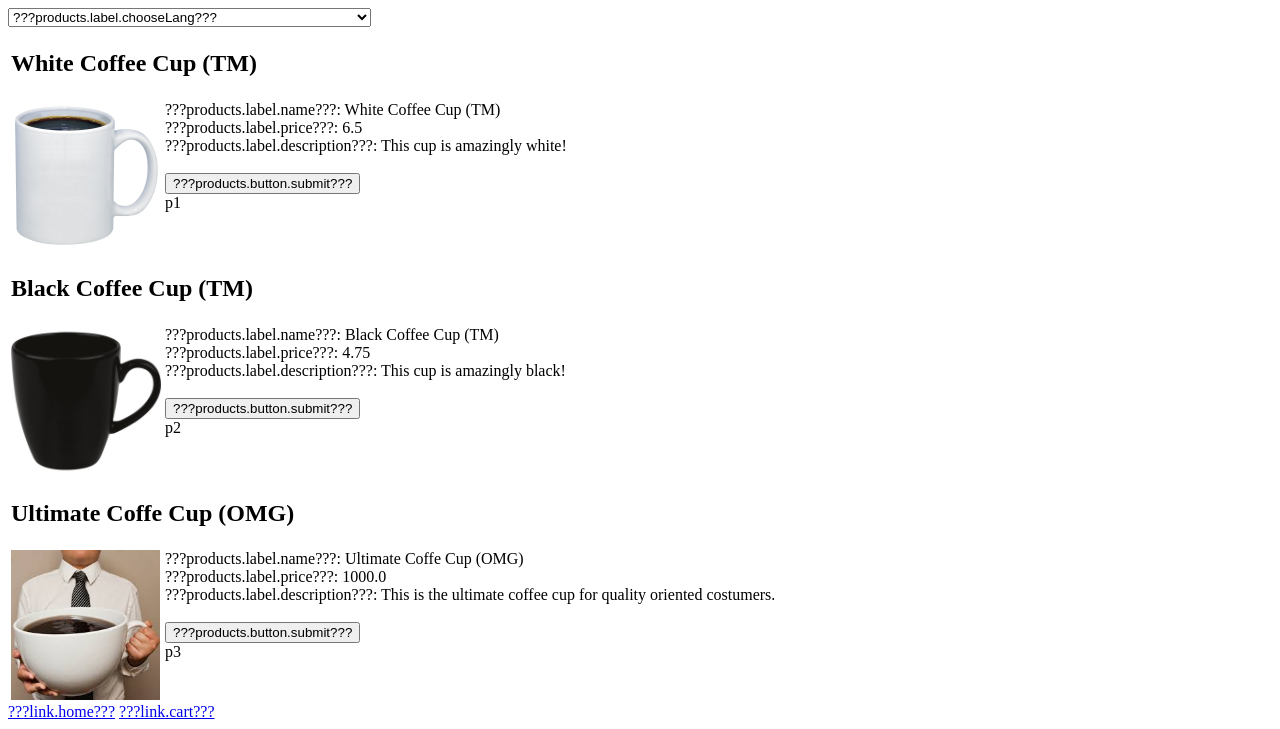
Repository: superdids/DAT152
Page: http://localhost/Oblig3/products
These files come from the project's save history. The page is drawn as it stood at one moment and after the next save; the edit follows.
The browser window is 1280 px wide. The pictures show the whole page.
The page is served by Tomcat 9.

Above is the page before, as saved 2015-10-31 15:05:42.

After the next save:
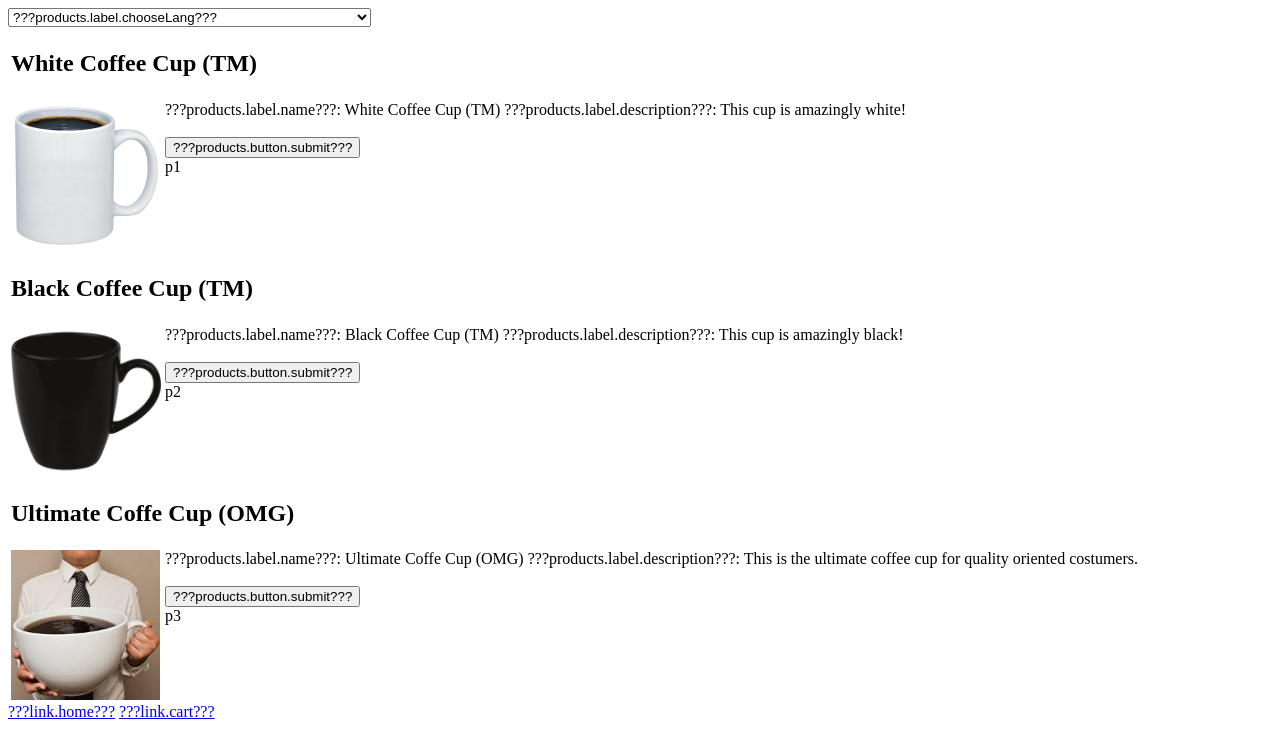
Saved 4 min 38 s later.
--- a/Oblig3/WebContent/products.jsp
+++ b/Oblig3/WebContent/products.jsp
@@ -27,8 +27,9 @@
 		<img src="${description.product.relativePathToImg}" height="150"/>
 	</td>
 	<td style="vertical-align:top">
-		<label for="name"><fmt:message key="products.label.name" /></label>: ${description.product.productName} <br/>
-		<label for="price"><fmt:message key="products.label.price" /></label>: ${description.product.priceInEuro} <br/>
+	<fmt:message key="products.label.name" />: ${description.product.productName}
+<%-- 		<label for="name"><fmt:message key="products.label.name" /></label>: ${description.product.productName} <br/> --%>
+<%-- 		<label for="price"><fmt:message key="products.label.price" /></label>: ${description.product.priceInEuro} <br/> --%>
 		<label for="description"><fmt:message key="products.label.description" /></label>: ${description.text} <br/><br/>
 		<form action="products" method="POST">
 			<fmt:message key="products.button.submit" var="buttonValue" />
